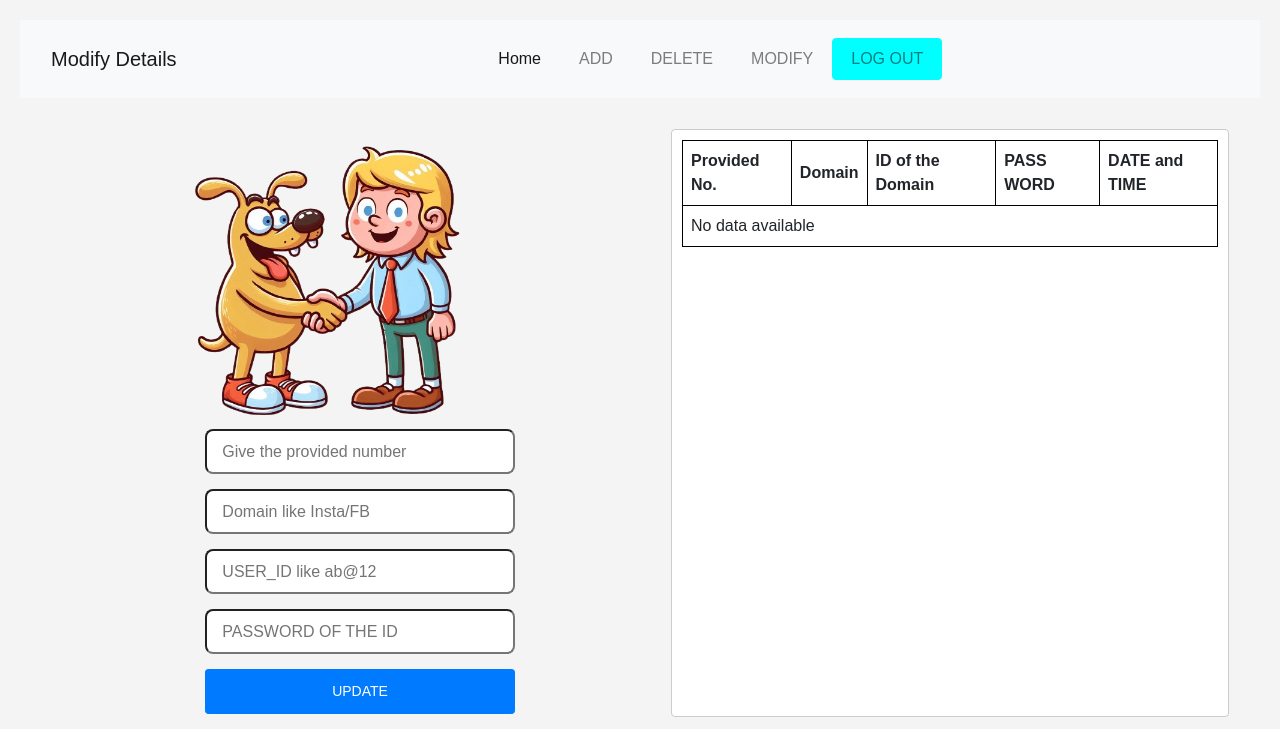
Repository: wizzy-abhishek/Projects
Page: http://localhost/Iam_Doing/Modify.jsp
An editor plug-in stored every save of this project. The page is shown before and after the next save, followed by the edit.
The browser window is 1280 px wide. The pictures show the whole page.
Some web libraries are served in a nearby version. The page is served by Tomcat 10. Nobody is signed in. The application's start-up code is not run. Other server files are loaded and not shown.

Above is the page before, as saved 2024-06-29 08:23:37.

### Iam_Doing/src/main/webapp/Modify.jsp
<%@ page language="java" contentType="text/html; charset=UTF-8"
    pageEncoding="UTF-8"%>
<%@ page import="java.util.List" %>
<%@ page import="com.pojo.RealInfo" %>
<%@ page import="java.util.ArrayList" %>
<%@ page import="com.encrption_decryption.EncryptDecrypt"  %>

<!DOCTYPE html>
<html lang="en">
<head>
    <meta charset="UTF-8">
    <meta name="viewport" content="width=device-width, initial-scale=1.0">
    <link href="https://stackpath.bootstrapcdn.com/bootstrap/4.5.2/css/bootstrap.min.css" rel="stylesheet">
    <link rel="stylesheet" href="GeneralDegine.css">
    <title>MODIFY</title>
    <link href="WEBSITE_LOGO.png" rel="icon" type="image/x-icon">
</head>
<body>
<%response.setHeader("Cache-Control", "no-cache , no-store , must-revalidate");
	response.setHeader("Pragma", "no-cache");
%>
<nav class="navbar navbar-expand-lg navbar-light bg-light w-100">
  <div class="container-fluid">
    <a class="navbar-brand">Modify Details</a>
    <div class="collapse navbar-collapse" id="navbarNav">
      <ul class="navbar-nav mx-auto">
        <li class="nav-item">
          <form action="LoggedIn" method="post">
            <button type="submit" class="btn nav-link active" aria-current="page">Home</button>
          </form>
        </li>
        <li class="nav-item">
          <form action="Add_Details" method="post">
            <button type="submit" class="btn nav-link">ADD</button>
          </form>
        </li>
        <li class="nav-item">
          <form action="Deleting" method="post">
            <button type="submit" class="btn nav-link">DELETE</button>
          </form>
        </li>
        <li class="nav-item">
          <form action="Modifying" method="post">
            <button type="submit" class="btn nav-link">MODIFY</button>
          </form>
        </li>
        <li class="nav-item">
          <form action="Logout" method="post">
            <button type="submit" class="btn nav-link logout-btn">LOG OUT</button>
          </form>
        </li>
      </ul>
    </div>
  </div>
</nav>

<div class="left-column">
    <div class="header text-center">
    <img src="HANDSHAKE_LOGO.png" alt="IMAGE" height="300" width="300" >
    </div>


    <form action="Modified" method="post">
    	<div class="form-group">
            <input type="text" name="Provided_number you want to modify for " placeholder=" &nbsp Give the provided number " required style="width: 310px; height: 45px; margin: 0 auto;">
        </div>
        <div class="form-group">
            <input type="text" name="New Domain" placeholder=" &nbsp Domain like Insta/FB" required style="width: 310px; height: 45px; margin: 0 auto;">
        </div>
        <div class="form-group">
            <input type="text" name=" New UserId_of_Domain" placeholder=" &nbsp USER_ID like ab@12" required  style="width: 310px; height: 45px; margin: 0 auto;">
        </div>
        <div class="form-group">
            <input type="text" name="New Password_of_User_ID" placeholder=" &nbsp PASSWORD OF THE ID" required  style="width: 310px; height: 45px; margin: 0 auto;">
        </div>
        <div class="form-group">
            <button type="submit" class="btn btn-primary btn-sm"  style="width: 310px; height: 45px; margin: 0 auto;">UPDATE</button>
        </div>
    </form>
</div>
<hr>

<div class="right-column">
    <div class="scrollable-table">
        <table>
            <thead>
                <tr>
                    <th>Provided No.</th>
                    <th>Domain</th>
                    <th>ID of the Domain</th>
                    <th>PASS WORD</th>
                    <th>DATE and TIME</th>
                </tr>
            </thead>
           <tbody id="table-body">
                <%
                    EncryptDecrypt end = new EncryptDecrypt();
                    List<RealInfo> realInfoList = (List<RealInfo>) session.getAttribute("realInfoList");
                    if (realInfoList != null) {
                        int providedNo = 1;
                        for (RealInfo info : realInfoList) {
                            String decryptedPasscode = end.decrypt(info.getPassword());
                            %>
                            <tr>
                                <td><%= info.getId() %></td>
                                <td><%= info.getDomain() %></td>
                                <td><%= info.getUserID() %></td>
                                <td><%= decryptedPasscode %></td>
                                <td><%= info.getAddDate() %></td>
                            </tr>
                            <%
                        }
                    } else {
                        %>
                        <tr>
                            <td colspan="5">No data available</td>
                        </tr>
                        <%
                    }
                %>
            </tbody>
        </table>
    </div>
</div>

<script src="https://code.jquery.com/jquery-3.5.1.slim.min.js"></script>
<script src="https://cdn.jsdelivr.net/npm/@popperjs/core@2.5.4/dist/umd/popper.min.js"></script>
<script src="https://stackpath.bootstrapcdn.com/bootstrap/4.5.2/js/bootstrap.min.js"></script>
</body>
</html>

### Iam_Doing/src/main/java/com/encrption_decryption/EncryptDecrypt.java
package com.encrption_decryption;

public class EncryptDecrypt {

	private final int key = 3 ;

    public String encrypt(String message) {
        StringBuilder encrypted = new StringBuilder();
        for (char c : message.toCharArray()) {
            if (Character.isAlphabetic(c)) {
                int shiftedChar = c + key;

                if (Character.isUpperCase(c) && shiftedChar > 'Z') {
                    shiftedChar = shiftedChar % 'Z' + 'A';
                }

                else if (Character.isLowerCase(c) && shiftedChar > 'z') {
                    shiftedChar = shiftedChar % 'z' + 'a';
                }
                encrypted.append((char) shiftedChar);
            } else if (Character.isDigit(c)) {

                int shiftedDigit = (c - '0' + key) % 10;
                encrypted.append((char) ('0' + shiftedDigit));
            } else {
                encrypted.append(c);
            }
        }
        return encrypted.toString();
    }

    public String decrypt(String encrypted) {
        StringBuilder decrypted = new StringBuilder();
        for (char c : encrypted.toCharArray()) {
            if (Character.isAlphabetic(c)) {
                int shiftedChar = c - key;
                if (Character.isUpperCase(c) && shiftedChar < 'A') {
                    shiftedChar = shiftedChar % 'A' + 'Z';
                } else if (Character.isLowerCase(c) && shiftedChar < 'a') {
                    shiftedChar = shiftedChar % 'a' + 'z';
                }
                decrypted.append((char) shiftedChar);
            } else if (Character.isDigit(c)) {

                int shiftedDigit = (c - '0' - key + 10) % 10;
                decrypted.append((char) ('0' + shiftedDigit));
            } else {
                decrypted.append(c);
            }
        }
        return decrypted.toString();
    }

}

### Iam_Doing/src/main/webapp/GeneralDegine.css
@charset "UTF-8";
 body {
            font-family: 'Arial', sans-serif;
            margin: 0;
            padding: 20px;
            display: flex;
            justify-content: center;
            align-items: flex-start;
            flex-wrap: wrap;
            height: 100vh;
            background-color: #f4f4f4;
        }

        .left-column, .right-column {
            width: 45%;
            margin: 2.5%;
        }

        .scrollable-table {
            overflow-y: auto;
            height: calc(90vh - 60px);
            border: 1px solid #ccc;
            border-radius: 4px;
            padding: 10px;
            background-color: #fff;
            margin-bottom: 10px;
        }

        table {
            width: 100%;
            border-collapse: collapse;
        }

        table, th, td {
            border: 1px solid black;
        }

        th, td {
            padding: 8px;
            text-align: left;
        }

        form input, form button {
            display: block;
            width: 100%;
            margin-bottom: 10px;
            border-radius: 8px;
            margin-down: 10px;
            margin-right: 20px;
            margin-top: 10px;
        }

        .form-group {
            width: 250px;
            height: 60px;
            margin: 0 auto;
        }

        .header text-center {
            width: 300px;
            height: 300px;
            margin: 15px auto;
            background-color: #ddd;
            border: 1px solid #ccc;
            display: flex;
            justify-content: center;
            align-items: center;
            font-size: 14px;
            color: #777;
        }

        .logout-btn {
            background-color: cyan !important;
            border-color: cyan !important;
        }

        @media (max-width: 768px) {
            .left-column, .right-column {
                width: 100%;
                order: 1;
            }

            .scrollable-table {
                height: auto;
            }
        }

After the next save:
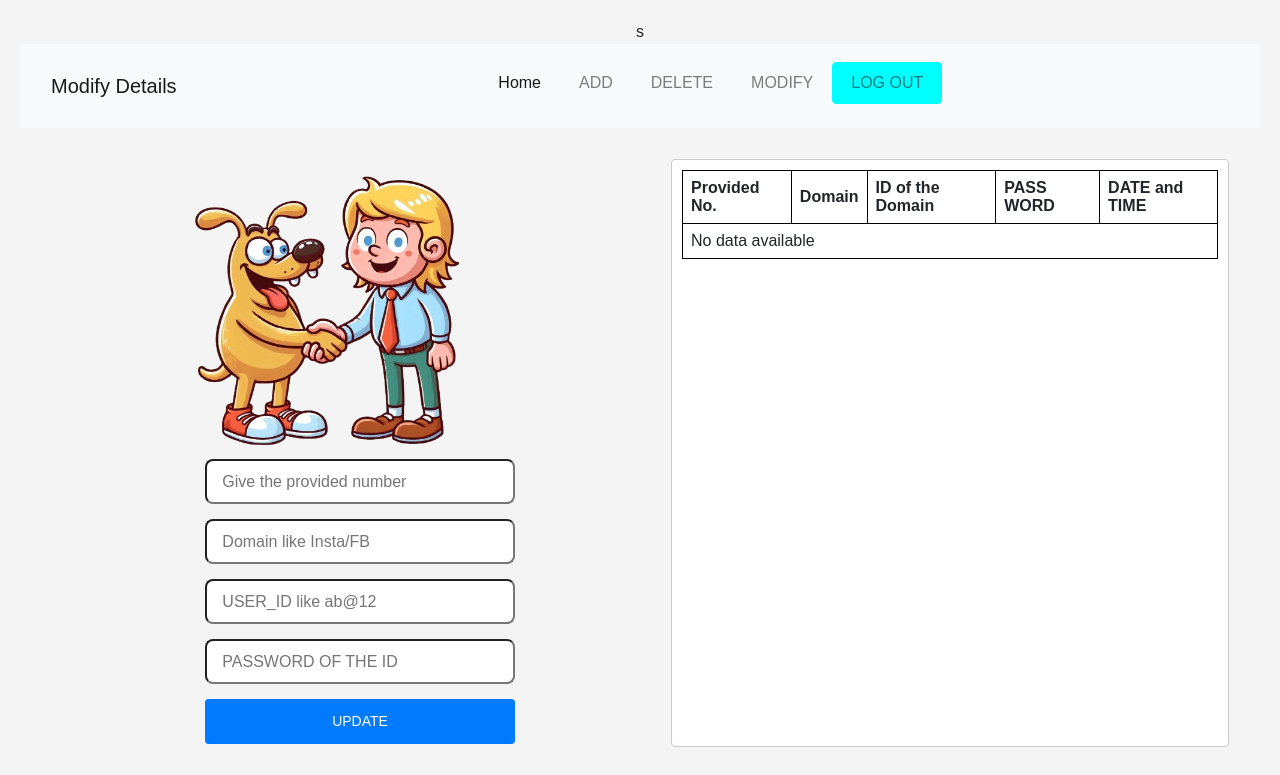
Saved 80 s later.
--- a/Iam_Doing/src/main/webapp/Modify.jsp
+++ b/Iam_Doing/src/main/webapp/Modify.jsp
@@ -1,5 +1,5 @@
 <%@ page language="java" contentType="text/html; charset=UTF-8"
-    pageEncoding="UTF-8"%>
+    pageEncoding="UTF-8" errorPage = "ProblemOccured.jsp" %>s
 <%@ page import="java.util.List" %>
 <%@ page import="com.pojo.RealInfo" %>
 <%@ page import="java.util.ArrayList" %>
